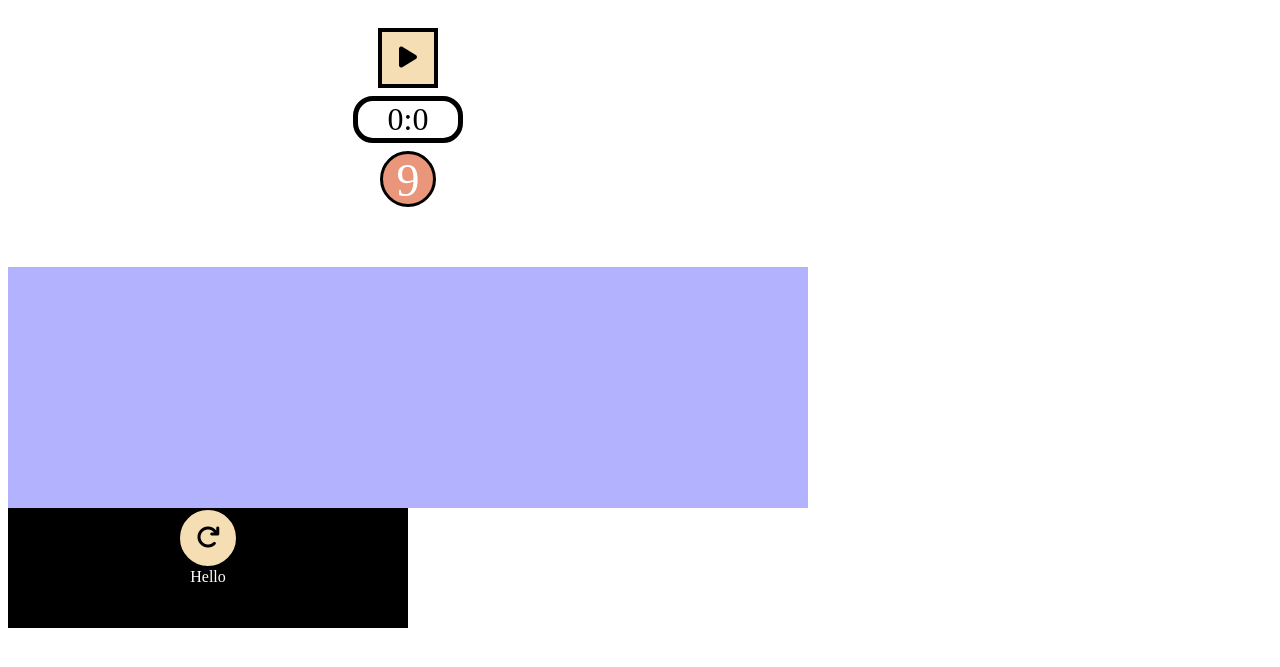
Repository: rumor1993/DreamCoding-Browser101
Page: Chapter07/ellie/index.html
An editor plug-in stored every save of this project. The page is shown before and after a run of saves, followed by the edit.
The browser window is 1280 px wide. The pictures show the whole page.
Some web libraries are served in a nearby version.

Above is the page before, as saved 2021-01-03 18:46:38.

### Chapter07/ellie/index.html
<!DOCTYPE html>
<html lang="en">
  <head>
    <meta charset="UTF-8" />
    <meta name="viewport" content="width=device-width, initial-scale=1.0" />
    <title>Document</title>
    <link rel="stylesheet" href="index.css" />
    <script src="https://kit.fontawesome.com/86c035f01d.js" crossorigin="anonymous"></script>
    <script src="index.js"></script>
  </head>
  <body>
    <section class="game">
      <header class="game-header">
        <button class="game-button">
          <i class="fas fa-play"></i>
        </button>
        <span class="game-timer">0:0</span>
        <span class="game-score">9</span>
      </header>
      <section class="game-field"></section>
    </section>
    <section class="pop-up">
      <button class="pop-up-refresh">
        <i class="fas fa-redo"></i>
      </button>
      <span class="pop-up-message">Hello</span>
    </section>
  </body>
</html>

### Chapter07/ellie/index.css
button {
  border: none;
  outline: none;
  cursor: pointer;
}

body {

}

.game {
  display: flex;
  flex-direction: column;
  width: 800px;
  height: 500px;
  margin: auto
  background: url("../carrot/img/background.png") center/cover;
}

.game-header {
  display: flex;
  flex-direction: column;
  align-items: center;
  padding: 20px;
}

.game-button {
  width: 60px;
  height: 60px;
  background-color: wheat;
  border: 4px solid black;
  font-size: 24px;
  transition: transform 300ms ease-in;
}

.game-button:hover {
  transform: scale(1.1);
}

.game-timer {
  width: 100px;
  background-color: white;
  text-align: center;
  border: 5px solid black;
  border-radius: 20px;
  font-size: 32px;
  margin-top: 8px;
}

.game-score {
  text-align: center;
  width: 50px;
  height: 50px;
  font-size: 46px;
  margin-top: 8px;
  border: 3px solid black;
  border-radius: 50%;
  background-color: darksalmon;
  color: white;
}

.game-field {
  width: 100%;
  height: 100%;
  margin-top: 40px;
  background-color: blue;
  opacity: 0.3;
}

.pop-up {
  width: 400px;
  height: 120px;
  background-color: black;
  color: white;
  text-align: center;
}

.pop-up-refresh {
  width: 60px;
  height: 60px;
  font-size: 24px;
  background-color: wheat;
  border: 2px solid black;
  border-radius: 50%;
}

.pop-up-message {
  display: block;
}

### Chapter07/ellie/index.js
window.addEventListener("load", () => {
  const section = document.querySelector("section");
  let carrotCount = 10;

  for (let i = 0; i < carrotCount; i++) {
    createCarrot();
    createBug();
  }

  function createCarrot() {
    const carrot = document.createElement("div");
    carrot.setAttribute("class", "carrot");
    section.appendChild(carrot);
  }

  function createBug() {
    const bug = document.createElement("div");
    bug.setAttribute("class", "bug");
    section.appendChild(bug);
  }
});

After the next 2 saves:
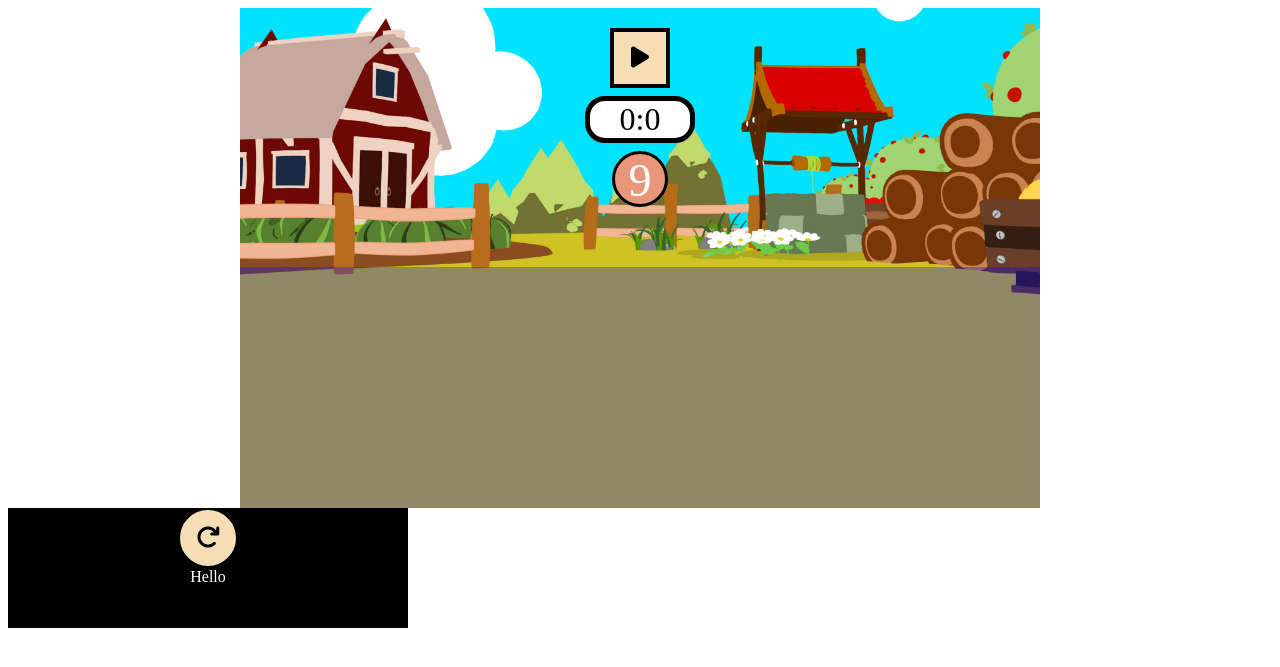
The 2 saves are shown as one change because they came seconds apart.
The last was saved 23 s later.
--- a/Chapter07/ellie/index.css
+++ b/Chapter07/ellie/index.css
@@ -2,10 +2,6 @@ button {
   border: none;
   outline: none;
   cursor: pointer;
-}
-
-body {
-
 }
 
 .game {
@@ -13,7 +9,7 @@ body {
   flex-direction: column;
   width: 800px;
   height: 500px;
-  margin: auto
+  margin: auto;
   background: url("../carrot/img/background.png") center/cover;
 }
 
